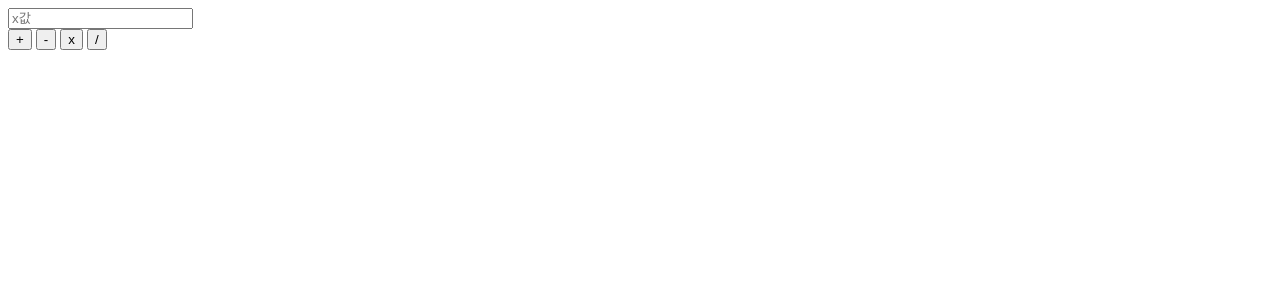
Repository: Hyun0000/JDBC_Jsp_Servelt_Newlec
Page: JSPProject/WebContent/calcul2.html
The author's editor kept a copy of each file at every save. The page is drawn from the files as they stood at one save, then again after the next save.
The browser window is 1280 px wide. The pictures show the whole page.

Above is the page before, as saved 2021-09-05 05:10:41.

After the next save:
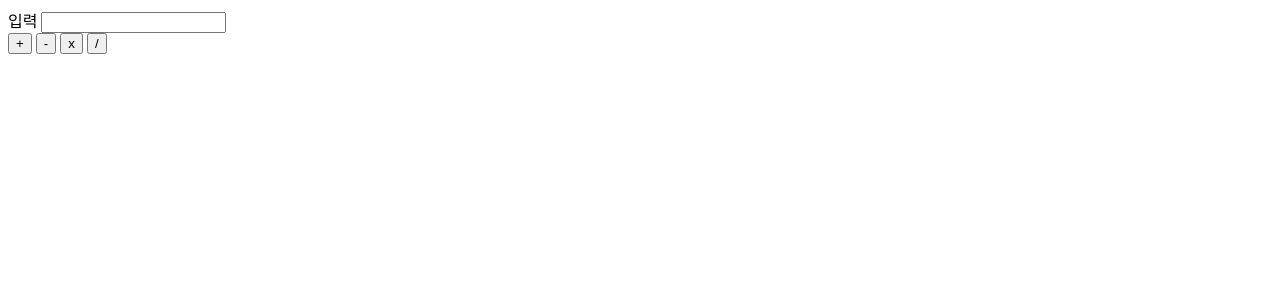
Saved 11 s later.
--- a/JSPProject/WebContent/calcul2.html
+++ b/JSPProject/WebContent/calcul2.html
@@ -10,7 +10,8 @@
 		<form action="calcul" method = "post">
 
 			<div>
-				<input type="text" name = "v" placeholder="x값">
+				<label>입력</label>
+				<input type="text" name = "v">
 			</div>
 
 			<div>
